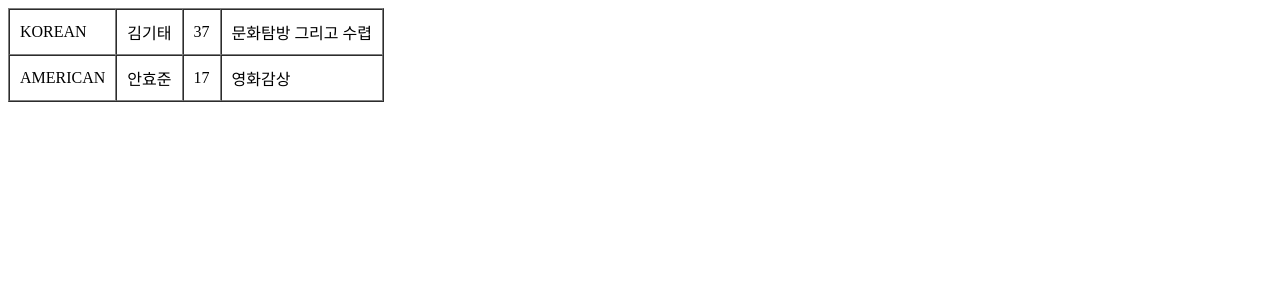
Repository: okgunyang/jsp
Page: http://localhost/practice02/04ExpressionOREL.jsp
These files come from the project's save history. The page is drawn as it stood at one moment and after the next save; the edit follows.
The browser window is 1280 px wide. The pictures show the whole page.
The page is served by Tomcat 9.

Above is the page before, as saved 2022-11-10 02:59:45.

After the next save:
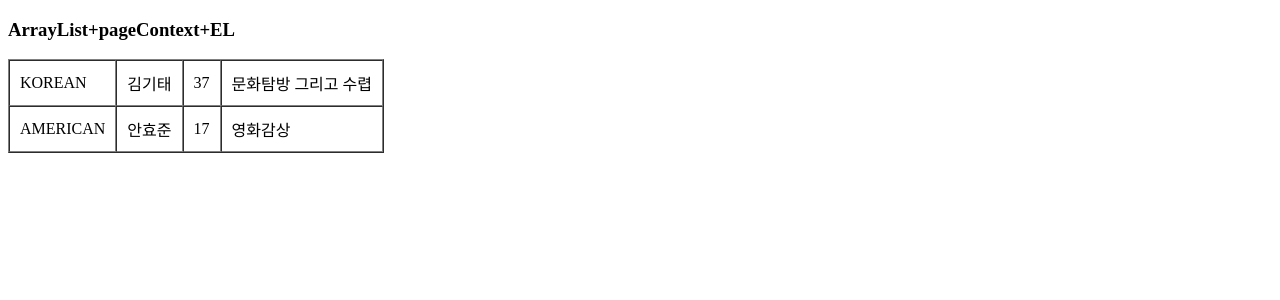
Saved 5 min 24 s later.
--- a/practice02/WebContent/04ExpressionOREL.jsp
+++ b/practice02/WebContent/04ExpressionOREL.jsp
@@ -37,6 +37,7 @@
 <title>04Expression OR EL</title>
 </head>
 <body>
+<h3>ArrayList+pageContext+EL</h3>
 <table border="1" cellpadding="10" cellspacing="0">
 <%
 	if(hList != null) {
